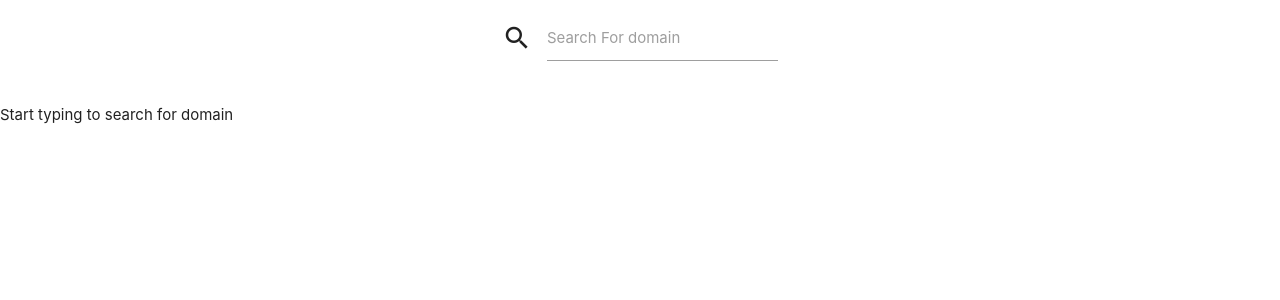
Repository: habib-urrehmaan/domain-name-searcher
Page: / (app in client/)
An editor plug-in stored every save of this project. The page is shown before and after the next save, followed by the edit.
The browser window is 1280 px wide. The pictures show the whole page.
The project was rebuilt for these pictures with package versions that can differ from the ones it lists, and the page was loaded fresh each time.

Above is the page before, as saved 2020-04-17 18:03:35.

### client/public/index.html
<!DOCTYPE html>
<html lang="en">
  <head>
    <meta charset="utf-8" />
    <link rel="icon" href="%PUBLIC_URL%/favicon.ico" />
    <meta name="viewport" content="width=device-width, initial-scale=1" />
    <meta name="theme-color" content="#000000" />
    <meta
      name="description"
      content="Web site created using create-react-app"
    />
    <link rel="apple-touch-icon" href="%PUBLIC_URL%/logo192.png" />
    <!--
      manifest.json provides metadata used when your web app is installed on a
      user's mobile device or desktop. See https://developers.google.com/web/fundamentals/web-app-manifest/
    -->
    <link rel="manifest" href="%PUBLIC_URL%/manifest.json" />
    <!--
      Notice the use of %PUBLIC_URL% in the tags above.
      It will be replaced with the URL of the `public` folder during the build.
      Only files inside the `public` folder can be referenced from the HTML.

      Unlike "/favicon.ico" or "favicon.ico", "%PUBLIC_URL%/favicon.ico" will
      work correctly both with client-side routing and a non-root public URL.
      Learn how to configure a non-root public URL by running `npm run build`.
    -->
    <link rel="stylesheet" href="https://cdnjs.cloudflare.com/ajax/libs/materialize/1.0.0/css/materialize.min.css">
    <link href="https://fonts.googleapis.com/icon?family=Material+Icons" rel="stylesheet">
     <!-- Compiled and minified JavaScript -->
     <script src="https://cdnjs.cloudflare.com/ajax/libs/materialize/1.0.0/js/materialize.min.js"></script>
    <title>React App</title>
  </head>
  <body>
    <noscript>You need to enable JavaScript to run this app.</noscript>
    <div id="root"></div>
    <!--
      This HTML file is a template.
      If you open it directly in the browser, you will see an empty page.

      You can add webfonts, meta tags, or analytics to this file.
      The build step will place the bundled scripts into the <body> tag.

      To begin the development, run `npm start` or `yarn start`.
      To create a production bundle, use `npm run build` or `yarn build`.
    -->
  </body>
</html>

### client/src/index.js
import React from 'react';
import ReactDOM from 'react-dom';
import './index.css';
import App from './App';

ReactDOM.render(
  <React.StrictMode>
    <App />
  </React.StrictMode>,
  document.getElementById('root')
);

// If you want your app to work offline and load faster, you can change
// unregister() to register() below. Note this comes with some pitfalls.
// Learn more about service workers: https://bit.ly/CRA-PWA
// serviceWorker.unregister();

### client/src/App.js
import React from 'react';
import Search from './Search';
import Output from './Output';

class App extends React.Component {

  constructor(props)
  {
    super(props);
    this.state ={
      output:null
    }
  }


  setAppOutput = (outputData) =>
  {
    console.log("setting output value")

    this.setState({
      output:outputData
    })
  }

  render()
  {
    return (
      <div className="App">
        <Search setOutput={this.setAppOutput}/>
        <Output data={this.state.output}/>
      </div>
    );
  }
}

export default App;

### client/src/Search.js
import React, { Component } from 'react'
import axios from 'axios'

class Search extends Component {

    constructor(props)
    {
        super(props);
        console.log(props)
    }

    onChangeHandler = (e) =>
    {
        axios({
            'method': 'GET',
            'url': `http://localhost:5000/domain/search?domain=${e.target.value}`,
            'ContentType':'application/json'
        }).then((response)=>{

            var obj = JSON.parse(response.data.data);
            this.props.setOutput(obj);
        }).catch(error=>{
            console.log(error);
        });
    }

    render() {
        return (
            <div>
                <div className="row container">
                    <div className="input-field col offset-s4 s4">
                        <i className="material-icons prefix">search</i>
                        <input id="search" type="text" className="validate" onChange={this.onChangeHandler}/>
                        <label htmlFor="search">Search For domain</label>
                    </div>
                </div>
            </div>
        )
    }
}

export default Search;

### client/src/Output.js
import React from 'react'

export default function Output(props) {

    let {data} = props;
    console.log("output data",data);
    return (
        <div>
        {(data)?(<div>{(data.available)?(<div><span>Congratulations! This domain is available</span><br/>
            <span><b>Price:</b>{data.price}{data.currency}</span></div>):(data.code)?(<div>{data.message}</div>):(<span>Sorry this domain is not Available</span>)}</div>)
            :(<div>Start typing to search for domain</div>)}


        </div>
    )
}

Loaded but not shown: client/src/index.css (common file)

After the next save:
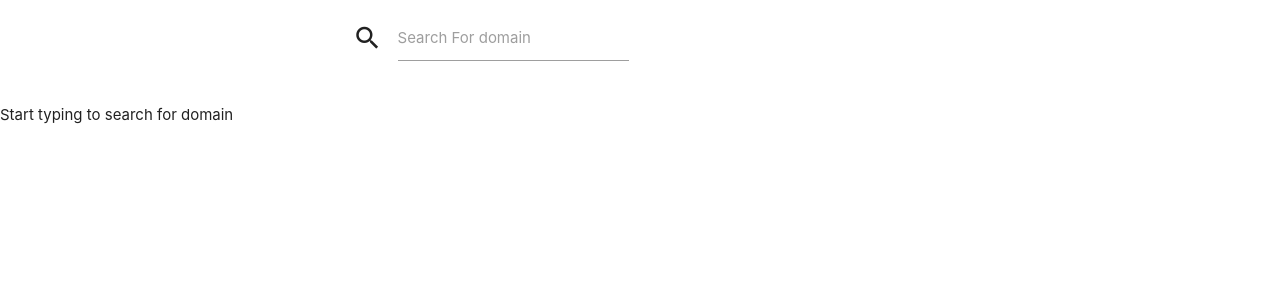
Saved 10 s later.
--- a/client/src/Search.js
+++ b/client/src/Search.js
@@ -28,7 +28,7 @@
         return (
             <div>
                 <div className="row container">
-                    <div className="input-field col offset-s4 s4">
+                    <div className="input-field col offset-s2 s4">
                         <i className="material-icons prefix">search</i>
                         <input id="search" type="text" className="validate" onChange={this.onChangeHandler}/>
                         <label htmlFor="search">Search For domain</label>

After the 2 saves that followed:
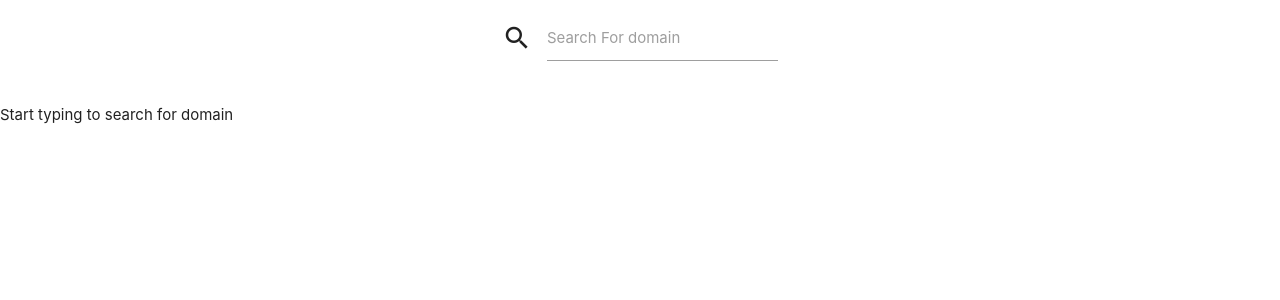
The 2 saves are shown as one change because they came seconds apart.
The last was saved 5 s later.
--- a/client/src/Search.js
+++ b/client/src/Search.js
@@ -28,7 +28,7 @@
         return (
             <div>
                 <div className="row container">
-                    <div className="input-field col offset-s2 s4">
+                    <div className="input-field col offset-s4 s4">
                         <i className="material-icons prefix">search</i>
                         <input id="search" type="text" className="validate" onChange={this.onChangeHandler}/>
                         <label htmlFor="search">Search For domain</label>
